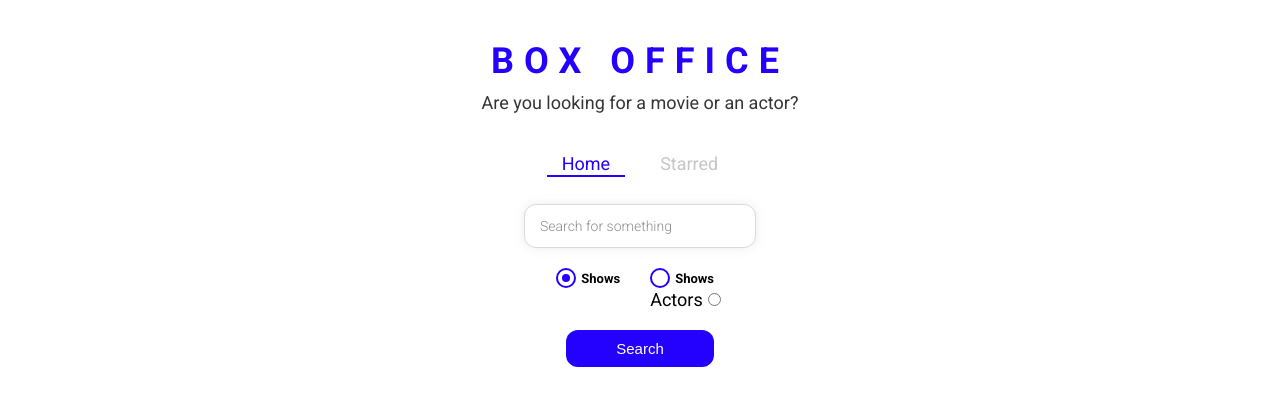
Repository: Hrishabhsinghai/box-office
Page: /
The author's editor kept a copy of each file at every save. The page is drawn from the files as they stood at one save, then again after the next save.
The browser window is 1280 px wide. The pictures show the whole page.
The project was rebuilt for these pictures with package versions that can differ from the ones it lists, and the page was loaded fresh each time. Also part of the build but not shown: src/components/styled.js, src/components/show/ShowMainData.styled.js, src/components/show/ShowMainData.js, src/components/show/Details.styled.js, src/components/show/Details.js, src/components/show/Seasons.styled.js, src/components/show/Seasons.js, src/components/show/Cast.styled.js and 10 more.

Above is the page before, as saved 2022-07-03 00:00:37.

### src/App.js
import React from 'react';
import { Switch, Route } from 'react-router-dom';
import Show from './pages/Show';
import { ThemeProvider } from 'styled-components';
import Home from './pages/Home';
import Starred from './pages/Starred';

const theme = {
  mainColors: {
    blue: '#2400ff',
    gray: '#c6c6c6',
    dark: '#353535',
  },
};

function App() {
  return (
    <ThemeProvider theme={theme}>
      <Switch>
        <Route exact path="/">
          <Home />
        </Route>

        <Route exact path="/starred">
          <Starred />
        </Route>

        <Route exact path="/show/:id">
          <Show />
        </Route>

        <Route>
          <div>Not found</div>
        </Route>
      </Switch>
    </ThemeProvider>
  );
}

export default App;

### src/pages/Home.js
import React, { useState } from 'react';
import ActorGrid from '../components/actor/ActorGrid';
import CustomRadio from '../components/CustomRadio';
import MainPageLayout from '../components/MainPageLayout';
import ShowGrid from '../components/show/ShowGrid';
import { apiGet } from '../misc/config';
import { useLastQuery } from '../misc/custom-hooks';
import {
  RadioInputsWrapper,
  SearchButtonWrapper,
  SearchInput,
} from './Home.styled';

const Home = () => {
  const [input, setInput] = useLastQuery();
  const [results, setResults] = useState(null);
  const [searchOption, setSearchoption] = useState('shows');
  const isShowsSearch = searchOption === 'shows';

  const onSearch = () => {
    apiGet(`/search/${searchOption}?q=${input}`).then(result => {
      setResults(result);
    });
  };

  const onInputChange = ev => {
    setInput(ev.target.value);
  };

  const onKeyDown = ev => {
    if (ev.keyCode === 13) {
      onSearch();
    }
  };

  const onRadioChange = ev => {
    setSearchoption(ev.target.value);
  };
  console.log(searchOption);

  const renderResults = () => {
    if (results && results.length === 0) {
      return <div>No results</div>;
    }

    if (results && results.length > 0) {
      return results[0].show ? (
        <ShowGrid data={results} />
      ) : (
        <ActorGrid data={results} />
      );
    }

    return null;
  };

  return (
    <MainPageLayout>
      <SearchInput
        type="text"
        placeholder="Search for something"
        onChange={onInputChange}
        onKeyDown={onKeyDown}
        value={input}
      />
      {/* adding radio buttons */}
      <RadioInputsWrapper>
        <div>
          <CustomRadio
            label="Shows"
            id="shows"
            type="radio"
            value="shows"
            checked={isShowsSearch}
            onChange={onRadioChange}
          />
        </div>

        <div>
          <CustomRadio
            label="Shows"
            id="actors-search"
            value="people"
            checked={!isShowsSearch}
            onChange={onRadioChange}
          />
          <label htmlFor="actors-search">
            Actors
            <input type="radio" />
          </label>
        </div>
      </RadioInputsWrapper>

      <SearchButtonWrapper>
        <button type="button" onClick={onSearch}>
          Search
        </button>
      </SearchButtonWrapper>
      {renderResults()}
    </MainPageLayout>
  );
};

export default Home;

### src/misc/custom-hooks.js
import { useReducer, useEffect, useState } from 'react';
import { apiGet } from '../misc/config';

function showsReducer(prevState, action) {
  switch (action.type) {
    case 'ADD': {
      return [...prevState, action.showId];
    }

    case 'REMOVE': {
      return prevState.filter(showId => showId !== action.showId);
    }

    default:
      return prevState;
  }
}

function usePersistedReducer(reducer, initialState, key) {
  const [state, dispatch] = useReducer(reducer, initialState, initial => {
    const persisted = localStorage.getItem(key);

    return persisted ? JSON.parse(persisted) : initial;
  });

  useEffect(() => {
    localStorage.setItem(key, JSON.stringify(state));
  }, [state, key]);

  return [state, dispatch];
}

export function useShows(key = 'shows') {
  return usePersistedReducer(showsReducer, [], key);
}

export function useLastQuery(key = 'lastQuery') {
  const [input, setInput] = useState(() => {
    const persisted = sessionStorage.getItem(key);

    return persisted ? JSON.parse(persisted) : '';
  });

  const setPersistedInput = newState => {
    setInput(newState);
    sessionStorage.setItem(key, JSON.stringify(newState));
  };

  return [input, setPersistedInput];
}

const reducer = (prevState, action) => {
  switch (action.type) {
    case 'FETCH_SUCCESS': {
      return { isLoading: false, error: null, show: action.show };
    }

    case 'FETCH_FAILED': {
      return { ...prevState, isLoading: false, error: action.error };
    }

    default:
      return prevState;
  }
};

export function useShow(showId) {
  const [state, dispatch] = useReducer(reducer, {
    show: null,
    isLoading: true,
    error: null,
  });

  useEffect(() => {
    let isMounted = true;

    apiGet(`/shows/${showId}?embed[]=seasons&embed[]=cast`)
      .then(results => {
        if (isMounted) {
          dispatch({ type: 'FETCH_SUCCESS', show: results });
        }
      })
      .catch(err => {
        if (isMounted) {
          dispatch({ type: 'FETCH_FAILED', error: err.message });
        }
      });

    return () => {
      isMounted = false;
    };
  }, [showId]);

  return state;
}

### src/components/CustomRadio.js
import React from 'react';
import styled from 'styled-components';

const RadioWrapper = styled.label`
  display: block;
  position: relative;
  padding-left: 25px;
  cursor: pointer;
  font-size: 13px;
  user-select: none;
  font-weight: 700;
  line-height: 1.65;

  input {
    position: absolute;
    opacity: 0;
    cursor: pointer;
  }

  span {
    position: absolute;
    top: 0;
    left: 0;
    height: 16px;
    width: 16px;
    background-color: #fff;
    border: 2px solid ${({ theme }) => theme.mainColors.blue};
    border-radius: 50%;
  }

  input:checked ~ span {
    background-color: #fff;
    border: 2px solid ${({ theme }) => theme.mainColors.blue};
  }

  span:after {
    content: '';
    position: absolute;
    display: none;
  }

  input:checked ~ span:after {
    display: block;
  }

  span:after {
    top: 4px;
    left: 4px;
    width: 8px;
    height: 8px;
    border-radius: 50%;
    background: ${({ theme }) => theme.mainColors.blue};
  }
`;

const CustomRadio = ({ label, ...restProps }) => {
  return (
    <RadioWrapper htmlFor={restProps.id}>
      {label}
      <input {...restProps} type="radio" />
      <span />
    </RadioWrapper>
  );
};

export default CustomRadio;

### src/misc/config.js
const API_BASE_URL = `https://api.tvmaze.com`;

export async function apiGet(queryString) {
  const response = await fetch(`${API_BASE_URL}${queryString}`).then(r =>
    r.json()
  );

  return response;
}

### src/pages/Home.styled.js
import styled from 'styled-components';

export const SearchInput = styled.input`
  display: block;
  font-family: 'Roboto', sans-serif;
  width: 200px;
  margin: auto;
  outline: none;
  padding: 13px 15px;
  border: 1px solid #dbdbdb;
  box-shadow: 0px 0px 10px 0px rgba(219, 219, 219, 0.5);
  font-size: 14px;
  border-radius: 12px;
  color: #8d8d8d;

  &::placeholder {
    font-weight: 300;
    color: #8d8d8d;
  }
`;

export const RadioInputsWrapper = styled.div`
  display: flex;
  justify-content: center;
  margin: 20px 0;

  div {
    margin: 0 15px;
  }
`;

export const SearchButtonWrapper = styled.div`
  text-align: center;
  margin-bottom: 35px;

  button {
    color: #fff;
    background-color: ${({ theme }) => theme.mainColors.blue};
    margin: auto;
    padding: 10px 50px;
    font-size: 15px;
    border: none;
    outline: none;
    border-radius: 12px;
    &:hover {
      cursor: pointer;
    }
  }
`;

### src/components/Navs.js
import React from 'react';
import { useLocation } from 'react-router-dom';

import { NavList, LinkStyled } from './Navs.styled';

const LINKS = [
  { to: '/', text: 'Home' },
  { to: '/starred', text: 'Starred' },
];

const Navs = () => {
  const location = useLocation();

  return (
    <div>
      <NavList>
        {LINKS.map(item => (
          <li key={item.to}>
            <LinkStyled
              to={item.to}
              className={item.to === location.pathname ? 'active' : ''}
            >
              {item.text}
            </LinkStyled>
          </li>
        ))}
      </NavList>
    </div>
  );
};

export default Navs;

### src/components/Navs.styled.js
import styled from 'styled-components';
import { Link } from 'react-router-dom';

export const NavList = styled.ul`
  display: flex;
  justify-content: center;
  list-style: none;
  margin: 0 0 30px;
  padding: 0;
`;

export const LinkStyled = styled(Link)`
  margin: 0 10px;
  padding: 3px 15px;
  position: relative;
  text-decoration: none;
  color: ${({ theme }) => theme.mainColors.gray};
  &.active {
    color: ${({ theme }) => theme.mainColors.blue};
    &:after {
      content: '';
      position: absolute;
      display: block;
      height: 2px;
      left: 0%;
      bottom: 0;
      background-color: ${({ theme }) => theme.mainColors.blue};
      animation: slide-in 0.3s ease-in forwards;
      @keyframes slide-in {
        from {
          left: 50%;
          width: 0;
        }
        to {
          left: 0%;
          width: 100%;
        }
      }
    }
  }
`;

Loaded but not shown: public/index.html (common file); src/index.js (common file); src/index.css (common file); src/reportWebVitals.js (common file); src/components/MainPageLayout.js (common file); src/components/Title.js (common file); src/components/Title.styled.js (common file)

After the next save:
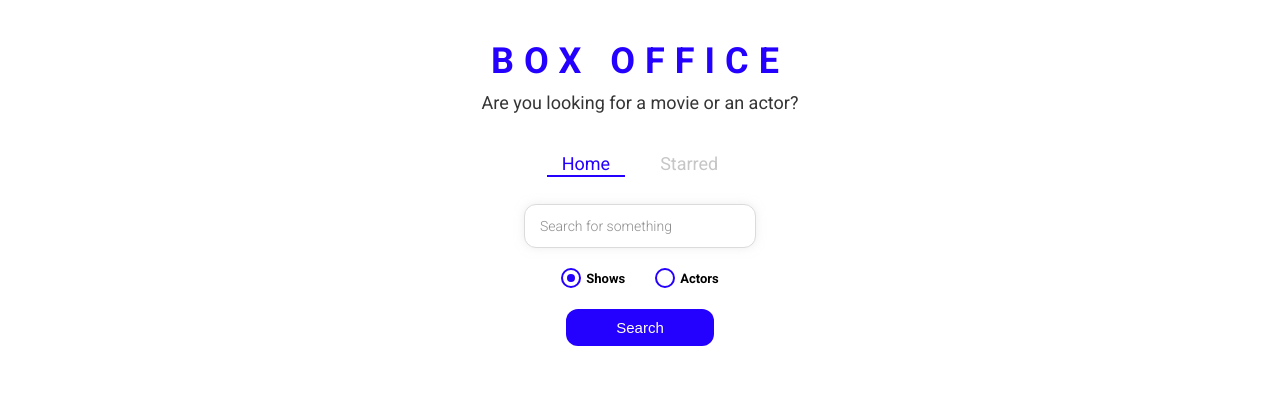
Saved 46 s later.
--- a/src/pages/Home.js
+++ b/src/pages/Home.js
@@ -78,16 +78,12 @@ const Home = () => {
 
         <div>
           <CustomRadio
-            label="Shows"
+            label="Actors"
             id="actors-search"
             value="people"
             checked={!isShowsSearch}
             onChange={onRadioChange}
           />
-          <label htmlFor="actors-search">
-            Actors
-            <input type="radio" />
-          </label>
         </div>
       </RadioInputsWrapper>
 
